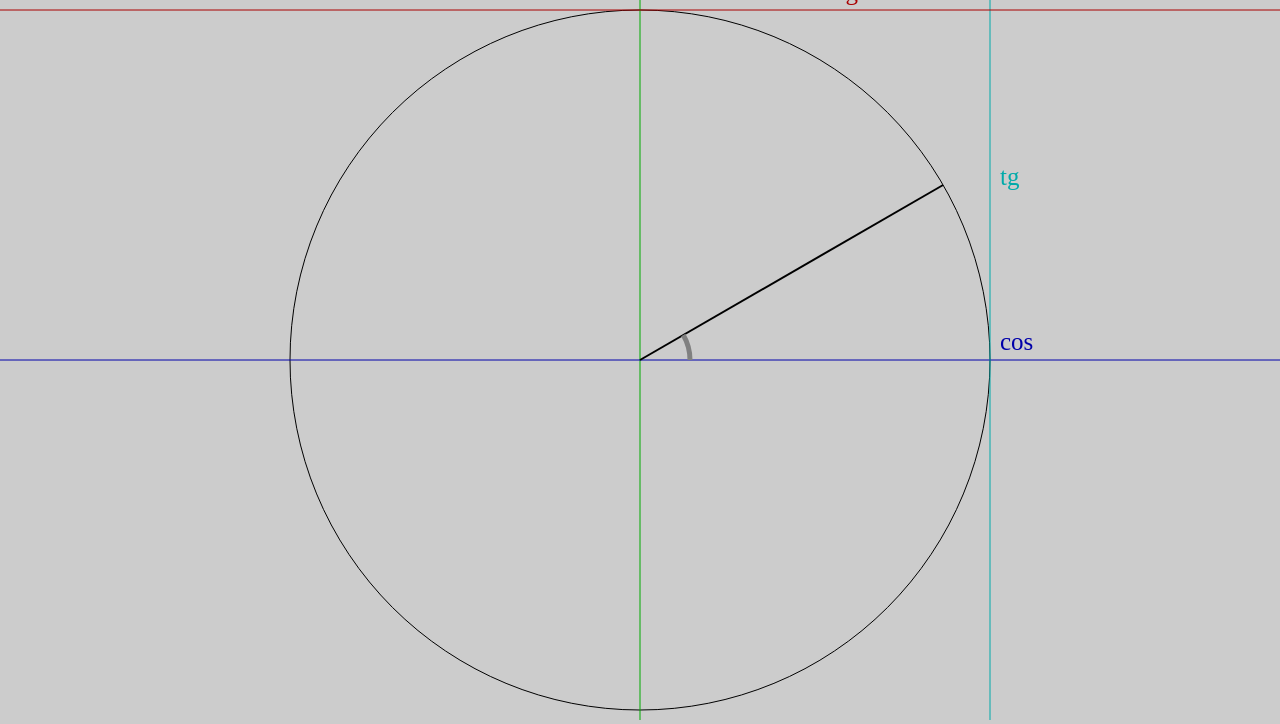
Repository: BraynStorm/braynstorm.github.io
Page: JSDrawing/index.html
These files come from the project's save history. The page is drawn as it stood at one moment and after a run of saves; the edit follows.
The browser window is 1280 px wide. The pictures show the whole page.

Above is the page before, as saved 2015-02-24 18:06:25.

After the next 2 saves:
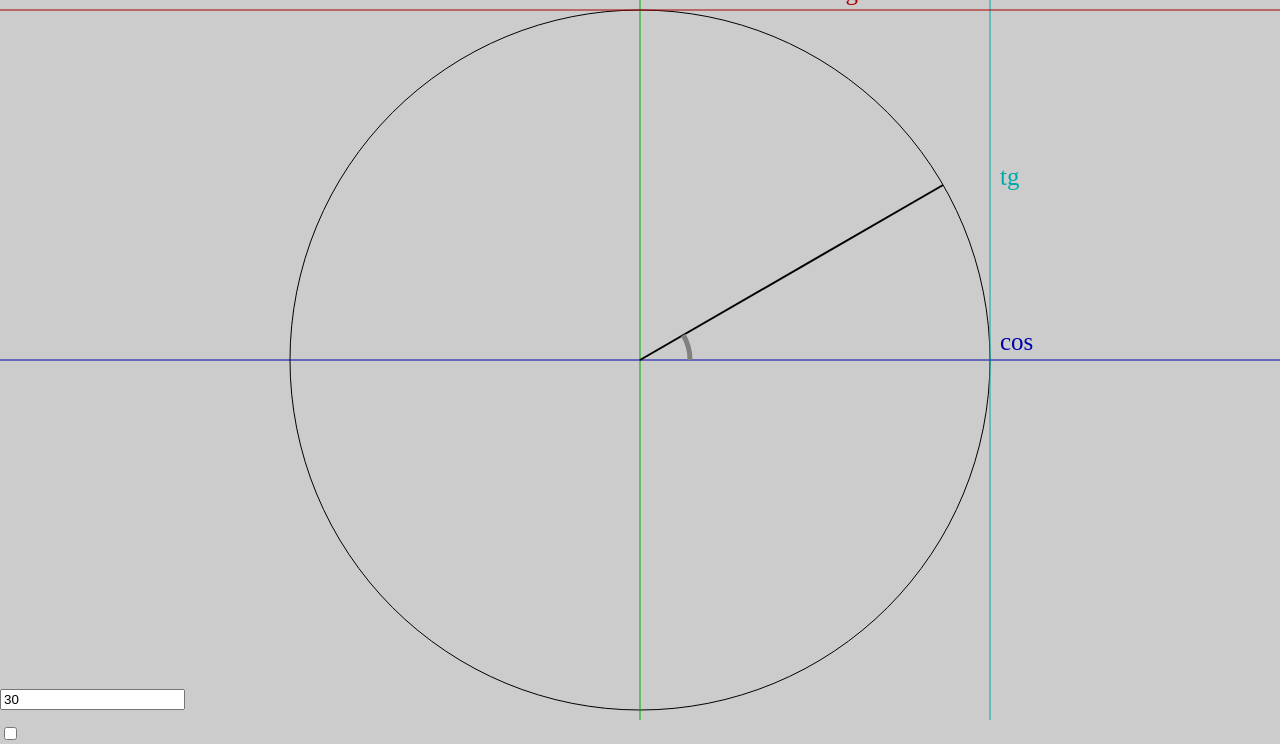
The 2 saves are shown as one change because they came seconds apart.
The last was saved 4 min 19 s later.
--- a/JSDrawing/index.html
+++ b/JSDrawing/index.html
@@ -31,6 +31,7 @@
 			</svg>
 
 			<input type="text" value="30" id="angleBox" />
+			<input type="checkbox" value="Show additions" />
 		</div>
 	</body>
 </html>
